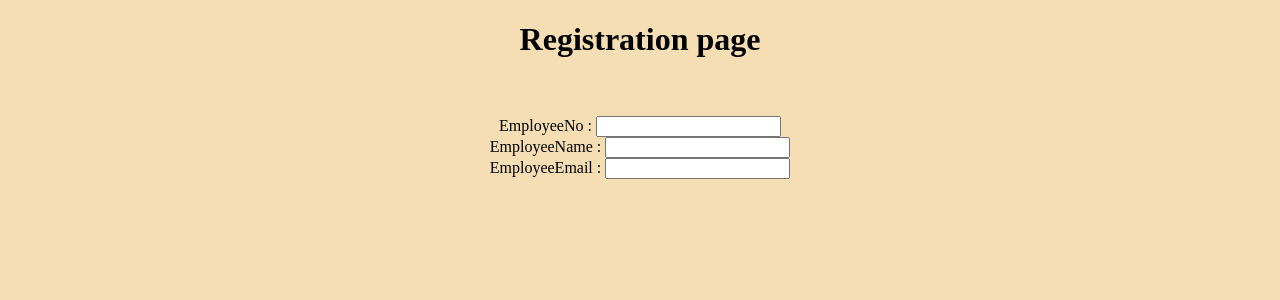
Repository: vikalp2910/VikalpRepo
Page: http://localhost/Proj01/views/registration.jsp
An editor plug-in stored every save of this project. The page is shown before and after the next save, followed by the edit.
The browser window is 1280 px wide. The pictures show the whole page.
The page is served by Tomcat 9.

Above is the page before, as saved 2020-08-24 07:47:36.

After the next save:
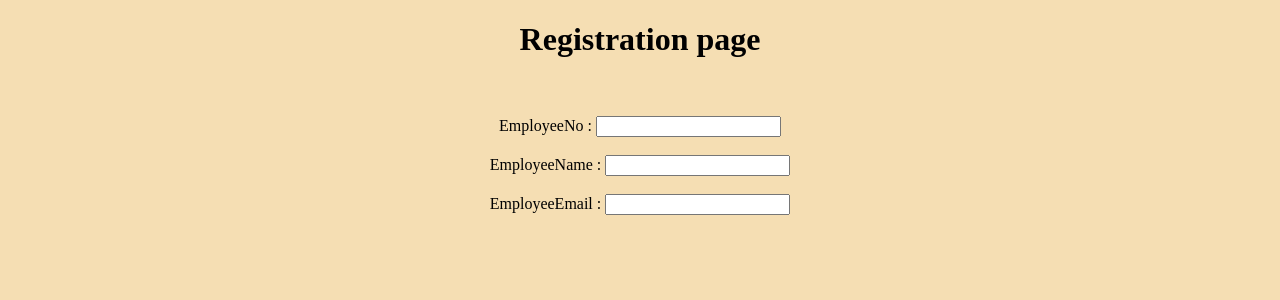
Saved 25 s later.
--- a/Proj01/src/main/webapp/views/registration.jsp
+++ b/Proj01/src/main/webapp/views/registration.jsp
@@ -12,9 +12,9 @@
             <br/>
             <br/>
          <form action="uderDetail">
-             EmployeeNo : <input id="eNo" name="eNo">  <br/>
-             EmployeeName : <input id="eName" name="eName"> <br/>
-             EmployeeEmail : <input id="eEmail" name="eEmail"> <br/>
+             EmployeeNo : <input id="eNo" name="eNo">  <br/> <br/>
+             EmployeeName : <input id="eName" name="eName"> <br/> <br/>
+             EmployeeEmail : <input id="eEmail" name="eEmail"> <br/> <br/>
 
 
          </form>
